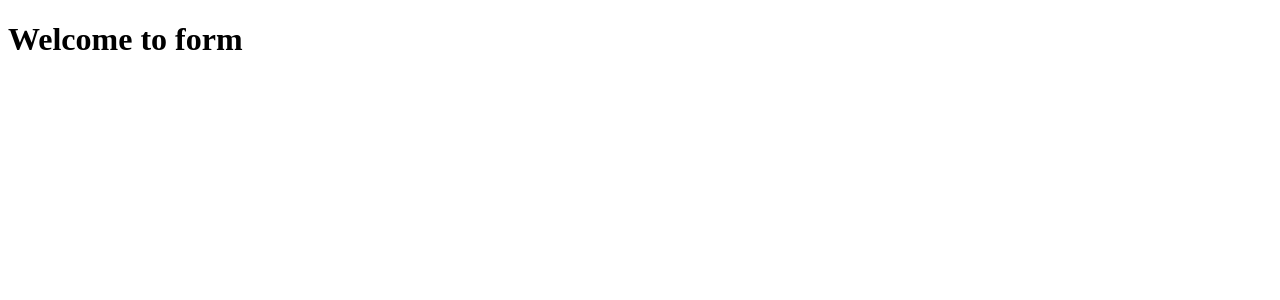
Repository: Senyadt2/Projects-On-Java
Page: GetPostDemo/src/main/webapp/index.html
The author's editor kept a copy of each file at every save. The page is drawn from the files as they stood at one save, then again after the next save.
The browser window is 1280 px wide. The pictures show the whole page.

Above is the page before, as saved 2024-03-24 06:01:01.

### GetPostDemo/src/main/webapp/index.html
<!DOCTYPE html>
<html>
<head>
<meta charset="ISO-8859-1">
<title>Insert title here</title>
</head>
<body>
<h1>Welcome to form</h1>
	<form>

	</form>
</body>
</html>

After the next save:
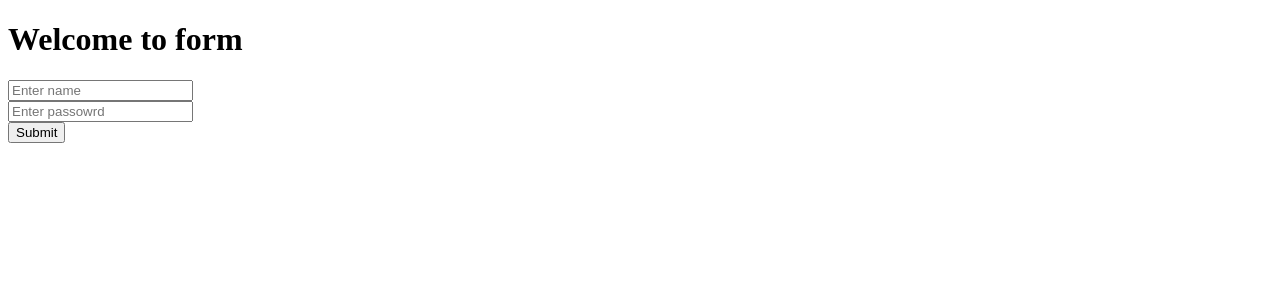
Saved 68 s later.
--- a/GetPostDemo/src/main/webapp/index.html
+++ b/GetPostDemo/src/main/webapp/index.html
@@ -6,8 +6,10 @@
 </head>
 <body>
 <h1>Welcome to form</h1>
-	<form>
-
+	<form action="" method="">
+		<input type="text" name="name1" placeholder="Enter name"><br>
+		<input type="text" name="pass1" placeholder="Enter passowrd"><br>
+		<button type="submit">Submit</button>
 	</form>
 </body>
 </html>
